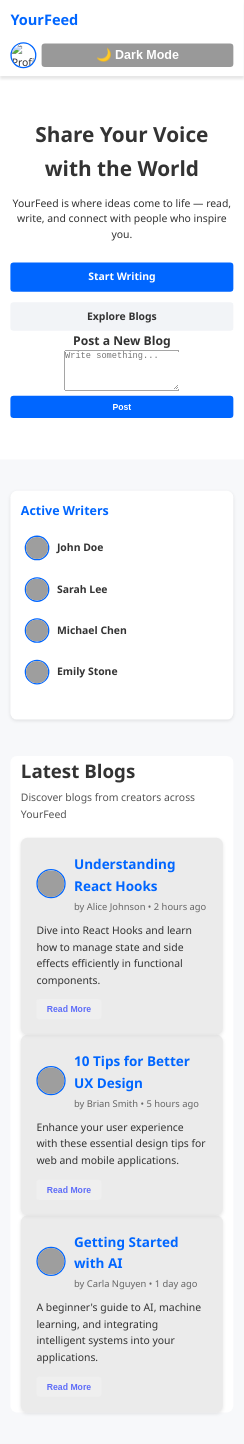
Repository: rizwanahmed2022/YourFees-BlogingApp
Page: index.html
An editor plug-in stored every save of this project. The page is shown before and after a run of saves, followed by the edit.
The browser window is 375 px wide. The pictures show the whole page, at 65% of full size.
Pictures or frames that could not be fetched are drawn as grey boxes.

Above is the page before, as saved 2025-11-09 21:51:18.

### index.html
<!DOCTYPE html>
<html lang="en">
<head>
  <meta charset="UTF-8" />
  <meta name="viewport" content="width=device-width, initial-scale=1.0" />
  <title>Home | YourFeed</title>
  <link rel="stylesheet" href="styles/home.css">
</head>
<body>

  <!-- Navbar -->
  <header class="navbar">
    <div class="logo">YourFeed</div>

    <div class="user-section">
      <div class="user-info">
        <span class="user-name">Guest</span>
        <img src="#" alt="Profile Picture" class="profile-pic">
      </div>

      <div class="auth-buttons">
        <button id="signin-btn" class="btn sign-in"><a style="color: white; text-decoration: none;" href="login.html">Sign In</a></button>
        <button id="logout-btn" class="btn sign-out"><a style="color: white; text-decoration: none;" href="register.html">Sign Out</a></button>
        <button id="dark-mode-toggle" class="btn">🌙 Dark Mode</button>
      </div>
    </div>
  </header>




<!-- Hero Section -->
<section class="hero">
  <div class="hero-content">
    <h1>Share Your Voice with the World</h1>
    <p>YourFeed is where ideas come to life — read, write, and connect with people who inspire you.</p>

    <div class="hero-buttons">
      <a id="startwriting" href="post.html" class="btn primary">Start Writing</a>
      <a href="#" class="btn secondary">Explore Blogs</a>
    </div>

    <!-- Post New Blog Box -->
    <div class="new-post-box">
      <h3>Post a New Blog</h3>
      <textarea placeholder="Write something..." rows="4"></textarea>
      <button class="btn primary">Post</button>
    </div>
  </div>
</section>

  <!-- Main Layout: Sidebar + Feed -->
  <main class="main-layout">

    <!-- Sidebar -->
    <aside class="sidebar">
      <h3 class="sidebar-title">Active Writers</h3>
      <ul class="user-list">
        <li><img src="https://randomuser.me/api/portraits/men/11.jpg" alt="John Doe"><span>John Doe</span></li>
        <li><img src="https://randomuser.me/api/portraits/women/17.jpg" alt="Sarah Lee"><span>Sarah Lee</span></li>
        <li><img src="https://randomuser.me/api/portraits/men/5.jpg" alt="Michael Chen"><span>Michael Chen</span></li>
        <li><img src="https://randomuser.me/api/portraits/women/33.jpg" alt="Emily Stone"><span>Emily Stone</span></li>
      </ul>


    </aside>

    <!-- Feed Section -->
    <section class="feed-section">
      <h2 class="section-title">Latest Blogs</h2>
      <p class="section-subtitle">Discover blogs from creators across YourFeed</p
      <div class="feed">
        <!-- Blog Card 1 -->
        <div class="blog-card">
          <div class="blog-header">
            <img src="https://randomuser.me/api/portraits/men/20.jpg" alt="Alice" class="user-avatar">
            <div class="blog-info">
              <div class="blog-title">Understanding React Hooks</div>
              <div class="blog-meta">by Alice Johnson • 2 hours ago</div>
            </div>
          </div>
          <p class="blog-desc">
            Dive into React Hooks and learn how to manage state and side effects efficiently in functional components.
          </p>
          <button class="see-all-btn">Read More</button>
        </div>

        <!-- Blog Card 2 -->
        <div class="blog-card">
          <div class="blog-header">
            <img src="https://randomuser.me/api/portraits/women/22.jpg" alt="Brian" class="user-avatar">
            <div class="blog-info">
              <div class="blog-title">10 Tips for Better UX Design</div>
              <div class="blog-meta">by Brian Smith • 5 hours ago</div>
            </div>
          </div>
          <p class="blog-desc">
            Enhance your user experience with these essential design tips for web and mobile applications.
          </p>
          <button class="see-all-btn">Read More</button>
        </div>

        <!-- Blog Card 3 -->
        <div class="blog-card">
          <div class="blog-header">
            <img src="https://randomuser.me/api/portraits/men/30.jpg" alt="Carla" class="user-avatar">
            <div class="blog-info">
              <div class="blog-title">Getting Started with AI</div>
              <div class="blog-meta">by Carla Nguyen • 1 day ago</div>
            </div>
          </div>
          <p class="blog-desc">
            A beginner's guide to AI, machine learning, and integrating intelligent systems into your applications.
          </p>
          <button class="see-all-btn">Read More</button>
        </div>
      </div>
    </section>
  </main>

  <!-- Dark Mode & Auth JS -->
  <script>
    const darkModeToggle = document.getElementById('dark-mode-toggle');
    darkModeToggle.addEventListener('click', () => {
      document.body.classList.toggle('dark-mode');
      if(document.body.classList.contains('dark-mode')){
        darkModeToggle.textContent = '☀️ Light Mode';
      } else {
        darkModeToggle.textContent = '🌙 Dark Mode';
      }
    });

  </script>

</body>
</html>

### styles/home.css

    /* ===================
       Color Variables
    =================== */
    :root {
      --color-primary: #0066ff;
      --color-primary-hover: #0052cc;
      --color-danger: #ff4444;
      --color-danger-hover: #cc0000;

      --color-bg: #ffffff;
      --color-bg-light: #f7f8fa;
      --color-text: #333333;
      --color-shadow: rgba(0, 0, 0, 0.1);

      --color-dark-bg: #1e1e1e;
      --color-dark-bg-light: #2c2c2c;
      --color-dark-text: #f0f0f0;
    }

    /* ===================
       General Reset
    =================== */
    * {
      margin: 0;
      padding: 0;
      box-sizing: border-box;
    }

    body {
      font-family: "Segoe UI", Tahoma, Geneva, Verdana, sans-serif;
      background-color: var(--color-bg-light);
      color: var(--color-text);
      line-height: 1.6;
      transition: background-color 0.3s, color 0.3s;
    }

    body.dark-mode {
      background-color: var(--color-dark-bg-light);
      color: var(--color-dark-text);
    }

    /* ===================
       Navbar Base
    =================== */
    .navbar {
      display: flex;
      justify-content: space-between;
      align-items: center;
      background-color: var(--color-bg);
      padding: 1rem 2rem;
      box-shadow: 0 5px 4px var(--color-shadow);
      position: sticky;
      top: 0;
      z-index: 100;
      flex-wrap: wrap;
      transition: background-color 0.3s;
    }

    body.dark-mode .navbar {
      background-color: var(--color-dark-bg);
    }

    .logo {
      font-size: 1.6rem;
      font-weight: 700;
      color: var(--color-primary);
      cursor: pointer;
    }

    /* ===================
       Nav Links
    =================== */
    .nav-links {
      display: flex;
      align-items: center;
      gap: 1.5rem;
    }

    .nav-item {
      text-decoration: none;
      color: var(--color-text);
      font-weight: 600;
      transition: color 0.2s ease;
    }

    .nav-item:hover {
      color: var(--color-primary);
    }

    /* ===================
       User Section
    =================== */
    .user-section {
      display: flex;
      align-items: center;
      gap: 1.5rem;
    }

    .user-info {
      display: flex;
      align-items: center;
      gap: 0.6rem;
    }

    .user-name {
      font-weight: 600;
      color: var(--color-text);
    }

    body.dark-mode .user-name {
      color: var(--color-dark-text);
    }

    .profile-pic {
      width: 40px;
      height: 40px;
      border-radius: 50%;
      object-fit: cover;
      border: 2px solid var(--color-primary);
      cursor: pointer;
      transition: transform 0.2s;
    }

    .profile-pic:hover {
      transform: scale(1.05);
    }

    /* ===================
       Auth Buttons
    =================== */
    .auth-buttons {
      display: flex;
      gap: 0.5rem;
    }

    a{
      text-decoration: none;
    }
    .btn {
      padding: 0.6rem 1rem;
      border: none;
      border-radius: 5px;
      font-weight: 600;
      cursor: pointer;
      transition: background-color 0.2s, transform 0.1s;
    }

    .btn:active {
      transform: scale(0.97);
    }

    .sign-in {
      background-color: var(--color-primary);
      color: white;
    }

    .sign-in:hover {
      background-color: var(--color-primary-hover);
    }

    .sign-out {
      background-color: var(--color-danger);
      color: white;
    }

    .sign-out:hover {
      background-color: var(--color-danger-hover);
    }

    /* Dark mode toggle */
    #dark-mode-toggle {
      background-color: #999;
      color: #fff;
    }

    /* ===================
       Responsive Navbar
    =================== */
    @media (max-width: 900px) {
      .navbar {
        padding: 1rem;
      }

      .nav-links {
        flex: 1 1 100%;
        justify-content: center;
        margin-top: 0.5rem;
      }

      .user-section {
        flex: 1 1 100%;
        justify-content: space-between;
        margin-top: 0.5rem;
      }
    }

    @media (max-width: 600px) {
      .navbar {
        flex-direction: column;
        align-items: flex-start;
        padding: 1rem;
      }

      .logo {
        font-size: 1.4rem;
        margin-bottom: 0.5rem;
      }

      .nav-links {
        width: 100%;
        flex-direction: column;
        align-items: flex-start;
        gap: 0.5rem;
      }

      .nav-item {
        font-size: 1rem;
        width: 100%;
      }

      .user-section {
        width: 100%;
        flex-direction: column;
        align-items: flex-start;
        gap: 0.8rem;
      }

      .auth-buttons {
        width: 100%;
        flex-direction: column;
      }

      .btn {
        width: 100%;
      }

      .user-name {
        display: inline;
      }
    }

    /* ===================
   Responsive Navbar
=================== */
@media (max-width: 600px) {
  .navbar {
    flex-direction: row;
    justify-content: space-between;
    align-items: center;
    padding: 0.8rem 1rem;
  }

  .logo {
    font-size: 1.4rem;
  }

  .nav-links {
    display: none; /* hide nav links on mobile */
  }

  .user-section {
    flex-direction: row;
    align-items: center;
    gap: 0.5rem;
  }

  .user-name {
    display: none; /* hide username */
  }

  .auth-buttons button {
    display: none; /* hide all auth buttons */
  }

  #dark-mode-toggle {
    display: inline-block; /* only show dark mode toggle */
    width: auto;
    padding: 0.4rem 0.6rem;
    font-size: 1.2rem;
  }
}
/* ===================
   Hero Section
=================== */
.hero {
  background-color: var(--color-bg);
  color: var(--color-text);
  text-align: center;
  padding: 4rem 1rem;
}

.hero-content h1 {
  font-size: 2.8rem;
  margin-bottom: 1rem;
}

.hero-content p {
  font-size: 1.1rem;
  margin-bottom: 2rem;
  max-width: 600px;
  margin-left: auto;
  margin-right: auto;
  line-height: 1.5;
}

.hero-buttons {
  display: flex;
  justify-content: center;
  gap: 1rem;
  flex-wrap: wrap;
}

.btn.primary {
  background-color: var(--color-primary);
  color: white;
}

.btn.primary:hover {
  background-color: var(--color-primary-hover);
}

.btn.secondary {
  background-color: #f2f4f7;
  color: var(--color-text);
}

.btn.secondary:hover {
  background-color: #e2e6ea;
}

/* ===================
   Latest Blogs Section
=================== */
.latest-blogs {
  background-color: var(--color-card-bg);
  padding: 3rem 1rem;
  margin-top: 2rem;
  border-radius: 12px;
  max-width: 1000px;
  margin-left: auto;
  margin-right: auto;
}

.latest-blogs h2 {
  text-align: center;
  margin-bottom: 2rem;
  color: var(--color-primary);
}

.blogs-container {
  display: grid;
  grid-template-columns: repeat(auto-fit, minmax(250px, 1fr));
  gap: 1.5rem;
}

.blog-item {
  background-color: #f9f9f9;
  padding: 1.5rem;
  border-radius: 10px;
  box-shadow: 0 4px 12px rgba(0,0,0,0.1);
}

.blog-item h3 {
  margin-bottom: 0.8rem;
  font-size: 1.2rem;
  color: var(--color-text);
}

.blog-item p {
  font-size: 0.95rem;
  margin-bottom: 1rem;
  color: #555;
}

.blog-item .read-more {
  text-decoration: none;
  background-color: var(--color-primary);
  color: white;
  padding: 0.5rem 1rem;
  border-radius: 6px;
  font-size: 0.9rem;
}

.blog-item .read-more:hover {
  background-color: var(--color-primary-hover);
}

/* ===================
   Responsive
=================== */
@media (max-width: 600px) {
  .hero-content h1 {
    font-size: 2rem;
  }

  .hero-content p {
    font-size: 1rem;
  }

  .blogs-container {
    grid-template-columns: 1fr;
  }

  .blog-item {
    padding: 1rem;
  }
}


    /* ===================
       Sidebar + Layout
    =================== */
    .main-layout {
      display: grid;
      grid-template-columns: 280px 1fr;
      gap: 2rem;
      max-width: 1300px;
      margin: 3rem auto;
      padding: 0 1.5rem;
    }

    .sidebar {
      background-color: var(--color-bg);
      box-shadow: 0 2px 6px var(--color-shadow);
      border-radius: 10px;
      padding: 1.5rem;
      height: fit-content;
      position: sticky;
      top: 90px;
      transition: background-color 0.3s;
    }

    body.dark-mode .sidebar {
      background-color: var(--color-dark-bg);
    }

    .sidebar-title {
      font-size: 1.2rem;
      font-weight: 700;
      color: var(--color-primary);
      margin-bottom: 1rem;
    }

    body.dark-mode .sidebar-title {
      color: #89aaff;
    }

    /* User List */
    .user-list {
      list-style: none;
      margin-bottom: 2rem;
    }

    .user-list li {
      display: flex;
      align-items: center;
      gap: 0.7rem;
      margin-bottom: 0.8rem;
      cursor: pointer;
      transition: background-color 0.2s ease, transform 0.1s;
      padding: 0.4rem;
      border-radius: 5px;
    }

    .user-list li:hover {
      background-color: var(--color-bg-light);
      transform: scale(1.02);
    }

    body.dark-mode .user-list li:hover {
      background-color: var(--color-dark-bg-light);
    }

    .user-list img {
      width: 38px;
      height: 38px;
      border-radius: 50%;
      border: 2px solid var(--color-primary);
    }

    .user-list span {
      font-weight: 600;
      color: var(--color-text);
    }

    body.dark-mode .user-list span {
      color: var(--color-dark-text);
    }

    /* Trending Tags */
    .sidebar-section {
      margin-top: 1.5rem;
    }

    .tags {
      display: flex;
      flex-wrap: wrap;
      gap: 0.6rem;
    }

    .tags span {
      background-color: var(--color-bg-light);
      color: var(--color-primary);
      padding: 0.3rem 0.7rem;
      border-radius: 20px;
      font-size: 0.9rem;
      cursor: pointer;
      transition: all 0.2s ease;
    }

    .tags span:hover {
      background-color: var(--color-primary);
      color: #fff;
    }

    body.dark-mode .tags span {
      background-color: var(--color-dark-bg-light);
      color: var(--color-primary);
    }

    body.dark-mode .tags span:hover {
      background-color: var(--color-primary);
      color: #fff;
    }

    /* ===================
       Feed Section
    =================== */
    .feed-section {
      background-color: var(--color-bg);
      padding: 0 1rem;
      border-radius: 10px;
      transition: background-color 0.3s;
    }

    body.dark-mode .feed-section {
      background-color: var(--color-dark-bg);
    }

    .section-title {
      font-size: 1.8rem;
      font-weight: 700;
      color: var(--color-text);
      margin-bottom: 0.3rem;
    }

    body.dark-mode .section-title {
      color: var(--color-dark-text);
    }

    .section-subtitle {
      font-size: 1rem;
      color: #555;
      margin-bottom: 1.5rem;
    }

    body.dark-mode .section-subtitle {
      color: #aaa;
    }

    .feed {
      display: grid;
      gap: 1.5rem;
    }

    /* Blog Card */
    .blog-card {
      background-color: rgba(214, 214, 214, 0.486);
      border-radius: 10px;
      box-shadow: 0 2px 6px var(--color-shadow);
      padding: 1.5rem;
      transition: transform 0.2s, box-shadow 0.2s, background-color 0.3s;
    }

    body.dark-mode .blog-card {
      background-color: rgba(50, 50, 50, 0.6);
    }

    .blog-card:hover {
      transform: translateY(-3px);
      box-shadow: 0 4px 10px rgba(0, 0, 0, 0.12);
    }

    .blog-header {
      display: flex;
      align-items: center;
      gap: 0.8rem;
      margin-bottom: 0.8rem;
    }

    .user-avatar {
      width: 45px;
      height: 45px;
      border-radius: 50%;
      object-fit: cover;
      border: 2px solid var(--color-primary);
    }

    .blog-info {
      display: flex;
      flex-direction: column;
    }

    .blog-title {
      font-size: 1.3rem;
      font-weight: 700;
      color: var(--color-primary);
      margin-bottom: 0.2rem;
    }

    .blog-meta {
      font-size: 0.9rem;
      color: #666;
    }

    body.dark-mode .blog-meta {
      color: #ccc;
    }

    .blog-desc {
      font-size: 1rem;
      color: var(--color-text);
      line-height: 1.6;
      margin-bottom: 1rem;
    }

    body.dark-mode .blog-desc {
      color: #ddd;
    }

    .see-all-btn {
      align-self: flex-start;
      padding: 0.5rem 1rem;
      color: #5d6cf8;
      font-weight: 600;
      border: none;
      border-radius: 5px;
      cursor: pointer;
      transition: background-color 0.2s ease, transform 0.1s ease, color 0.2s;
    }

    .see-all-btn:hover {
      color: #3542b3;
    }

    .see-all-btn:active {
      transform: scale(0.97);
    }

    /* ===================
       Responsive Layout
    =================== */
    @media (max-width: 900px) {
      .main-layout {
        grid-template-columns: 1fr;
      }

      .sidebar {
        position: relative;
        top: 0;
        margin-bottom: 1.5rem;
      }
    }

    @media (max-width: 600px) {
      .main-layout {
        padding: 0 1rem;
      }

      .sidebar {
        padding: 1rem;
      }

      .tags span {
        font-size: 0.8rem;
        padding: 0.3rem 0.5rem;
      }
    }

After the next 2 saves:
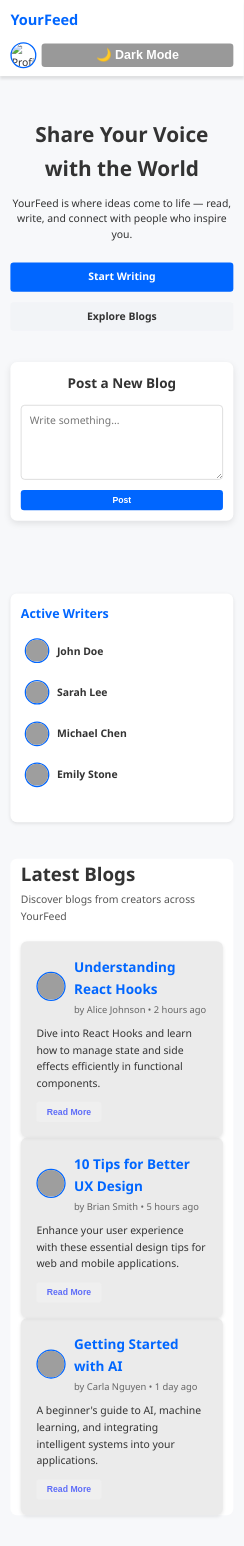
The 2 saves are shown as one change because they came seconds apart.
The last was saved 13 s later.
--- a/styles/home.css
+++ b/styles/home.css
@@ -284,10 +284,12 @@
    Hero Section
 =================== */
 .hero {
-  background-color: var(--color-bg);
-  color: var(--color-text);
+  display: flex;
+  justify-content: center;
   text-align: center;
   padding: 4rem 1rem;
+  flex-direction: column;
+  gap: 2rem;
 }
 
 .hero-content h1 {
@@ -330,60 +332,41 @@
 }
 
 /* ===================
-   Latest Blogs Section
+   New Post Box
 =================== */
-.latest-blogs {
-  background-color: var(--color-card-bg);
-  padding: 3rem 1rem;
-  margin-top: 2rem;
-  border-radius: 12px;
-  max-width: 1000px;
+.new-post-box {
+  margin-top: 3rem;
+  background-color: #fff;
+  padding: 1.5rem;
+  border-radius: 10px;
+  max-width: 500px;
   margin-left: auto;
   margin-right: auto;
-}
-
-.latest-blogs h2 {
-  text-align: center;
-  margin-bottom: 2rem;
-  color: var(--color-primary);
-}
-
-.blogs-container {
-  display: grid;
-  grid-template-columns: repeat(auto-fit, minmax(250px, 1fr));
-  gap: 1.5rem;
-}
-
-.blog-item {
-  background-color: #f9f9f9;
-  padding: 1.5rem;
-  border-radius: 10px;
   box-shadow: 0 4px 12px rgba(0,0,0,0.1);
-}
-
-.blog-item h3 {
-  margin-bottom: 0.8rem;
-  font-size: 1.2rem;
+  display: flex;
+  flex-direction: column;
+  gap: 1rem;
+}
+
+.new-post-box h3 {
+  margin: 0;
+  font-size: 1.3rem;
   color: var(--color-text);
 }
 
-.blog-item p {
-  font-size: 0.95rem;
-  margin-bottom: 1rem;
-  color: #555;
-}
-
-.blog-item .read-more {
-  text-decoration: none;
-  background-color: var(--color-primary);
-  color: white;
+.new-post-box textarea {
+  width: 100%;
+  padding: 0.8rem;
+  border-radius: 6px;
+  border: 1px solid #ccc;
+  resize: vertical;
+  font-family: inherit;
+  font-size: 1rem;
+}
+
+.new-post-box .btn {
+  align-self: flex-end;
   padding: 0.5rem 1rem;
-  border-radius: 6px;
-  font-size: 0.9rem;
-}
-
-.blog-item .read-more:hover {
-  background-color: var(--color-primary-hover);
 }
 
 /* ===================
@@ -398,11 +381,8 @@
     font-size: 1rem;
   }
 
-  .blogs-container {
-    grid-template-columns: 1fr;
-  }
-
-  .blog-item {
+  .new-post-box {
+    width: 100%;
     padding: 1rem;
   }
 }
